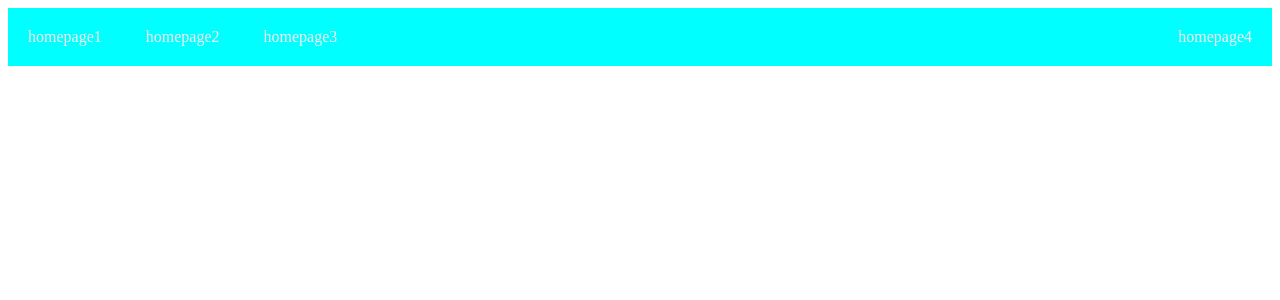
Repository: AhmedHBD/task1
Page: New folder/index.html
The author's editor kept a copy of each file at every save. The page is drawn from the files as they stood at one save, then again after the next save.
The browser window is 1280 px wide. The pictures show the whole page.

Above is the page before, as saved 2025-07-30 11:20:54.

After the next save:
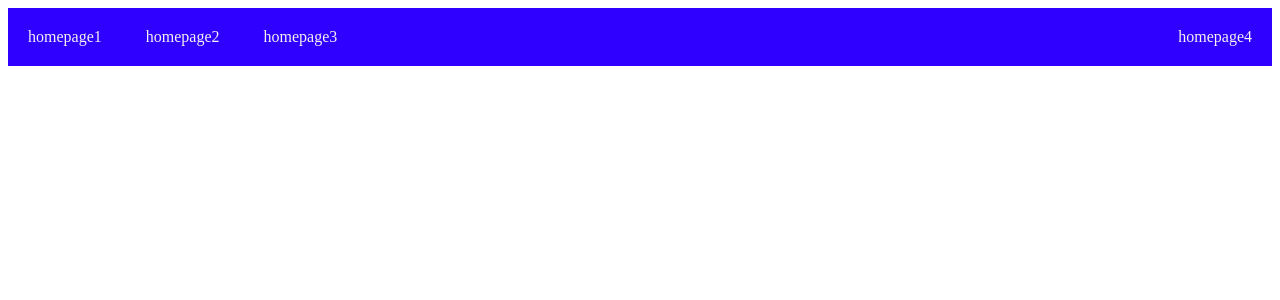
Saved 33 s later.
--- a/New folder/style.css
+++ b/New folder/style.css
@@ -1,5 +1,5 @@
 nav{
-    background-color: aqua;
+    background-color: rgb(47, 0, 255);
 }
 nav a{
     text-decoration: none;
